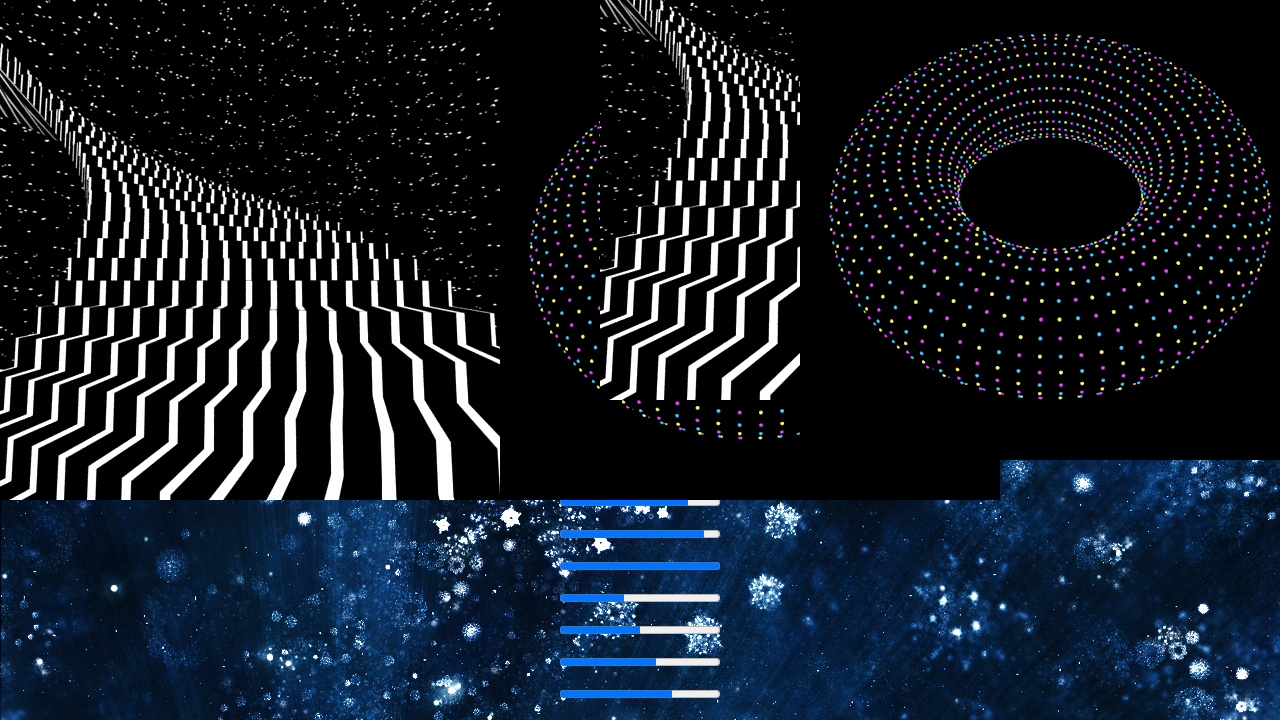
Repository: hanj291/hanj291.github.io
Page: CSS_composition/page5.html
The author's editor kept a record of every edit. The page is drawn from the files as they stood at one moment, then again after the next edit.
The browser window is 1280 px wide. The pictures show the whole page.

Above is the page before.

After the next edit:
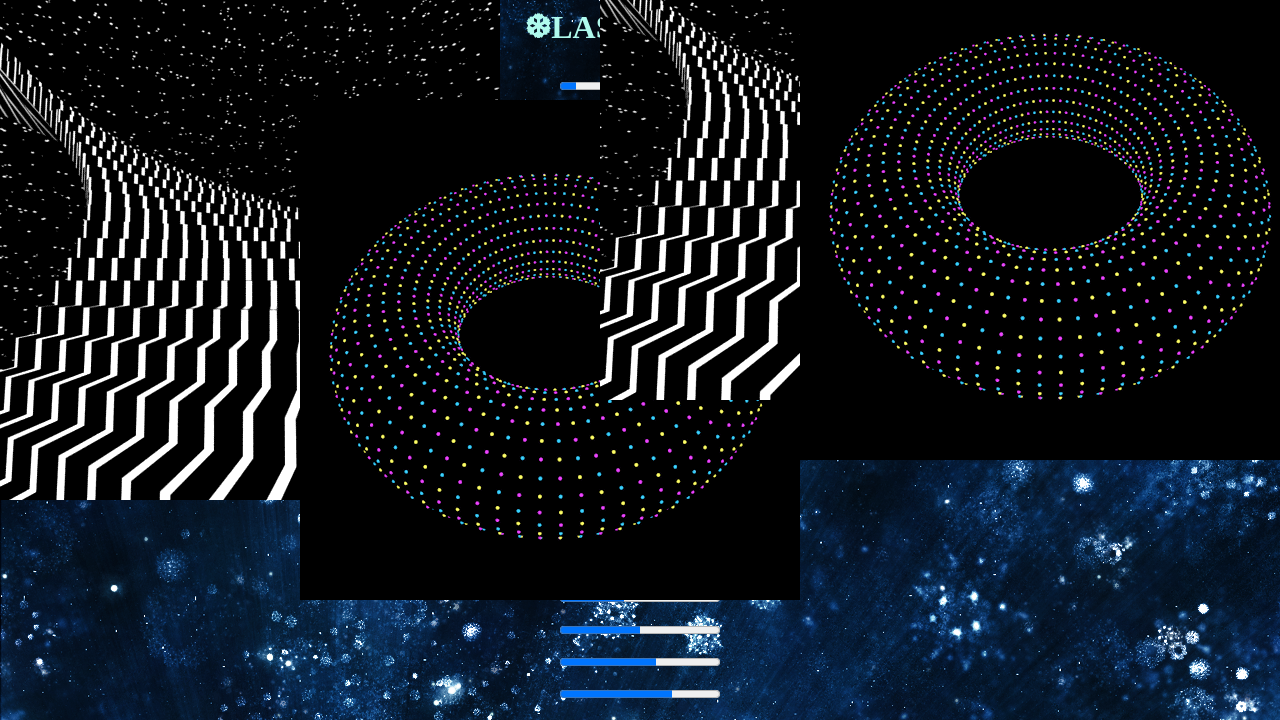
The edit:
--- a/CSS_composition/page5css.css
+++ b/CSS_composition/page5css.css
@@ -17,8 +17,8 @@
     width: 500px;
     height: 500px;
      position: absolute;
-    left: 500px;
-    top: 00px;
+    left: 300px;
+    top: 100px;
     z-index: 0;
     background-image: url(image/dd.gif);
 }
